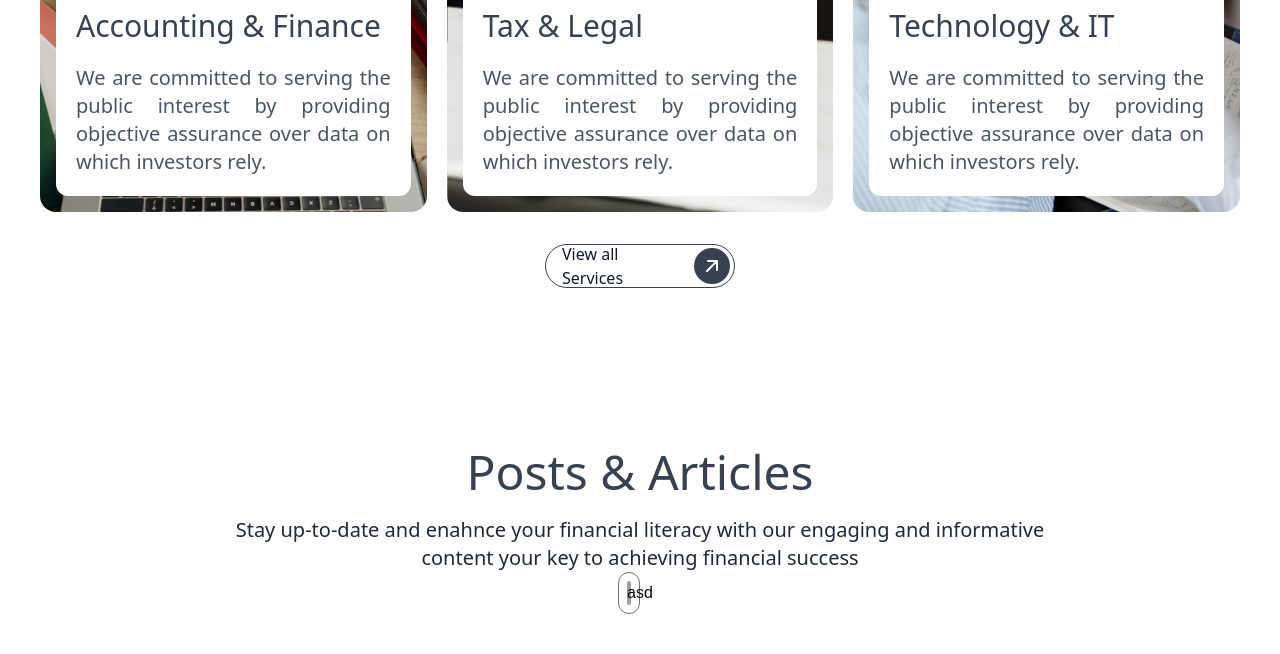
Repository: vespersolutionspk18/integrast-website
Page: /
An editor plug-in stored every save of this project. The page is shown before and after the next save, followed by the edit.
The browser window is 1280 px wide. The pictures show the part of the page from y = 1474 to 2426 px (the page is 2128 px tall before and 2426 px after).
Pictures or frames that could not be fetched are drawn as grey boxes. The project was rebuilt for these pictures with package versions that can differ from the ones it lists, and the page was loaded fresh each time. The framework's server and built-in components were replaced by stand-ins that run in the browser. Also part of the build but not shown: next.config.ts.

Above is the page before, as saved 2024-12-09 16:53:44.

### app/layout.tsx
import type { Metadata } from "next";
import localFont from "next/font/local";
import "./globals.css";

const geistSans = localFont({
  src: "./fonts/GeistVF.woff",
  variable: "--font-geist-sans",
  weight: "100 900",
});
const geistMono = localFont({
  src: "./fonts/GeistMonoVF.woff",
  variable: "--font-geist-mono",
  weight: "100 900",
});

export const metadata: Metadata = {
  title: "Integra Strategy",
  description: "-",
};

export default function RootLayout({
  children,
}: Readonly<{
  children: React.ReactNode;
}>) {
  return (
    <html lang="en">
      <body
        className={`${geistSans.variable} ${geistMono.variable} antialiased`}
      >
        {children}
      </body>
    </html>
  );
}

### app/page.tsx
import Image from "next/image";
import Header from "./Header";
import Hero from "./Hero";
import Services from "./Services";
import Postsart from "./Postsart";

export default function Home() {
  return (
    <div>
      <Header />
      <Hero />
      <Services />
      <Postsart />
    </div>
  );
}

### app/Hero.tsx
import React from 'react'
import ButtonArrowwhite from "@/public/assets/buttonarrowwhite.svg";
import ButtonArrow from "@/public/assets/buttonarrow.svg";
const Hero = () => {
  return (
    <div className="flex flex-col p-10 ">
        <div className="flex flex-row mt-24 h-[190px] gap-5 ">
            <div className="w-[55%] flex flex-col">
                <h1 className="font-light font-sans text-6xl text-gray-600">Unlock Prosperity, <span className="text-gray-800">Choose Expert Guidance</span></h1>
                <h4 className="text-xl font-sans font-light text-gray-900 mt-6">Embark on a transformative journey to financial prosperity with our personalized accountancy services</h4>
            </div>
            <div className="w-[45%] flex flex-col justify-between ">
                <h4 className="text-xl text-justify font-light font-sans text-gray-900">Unlock tailored strategies, benefit from insightful guidances, and follow a clear pathway to achieve your financial success. Elevate your financial journey with our dedicated support and expertise. Contact us today to start your journey towards financial freedom.</h4>
                <div className="flex flex-row gap-5 pt-10">
                <div>
                <div id="button"
  className="group  bg-white h-[44px] flex-row border-[1px] border-gray-700 text-gray-900 text-[16px] py-1 px-1 font-light rounded-full hidden md:flex items-center justify-between w-[170px] transition-width duration-500 ease-in-out  hover:w-[195px] hover:bg-gray-700 hover:border-gray-700 hover:text-white hover:cursor-pointer "

>
  <div className="mx-3 font-sans font-regular">Get In Touch</div>
  <div className="bg-gray-700 rounded-full h-[36px] w-[36px] flex items-center justify-center transition-transform duration-500 ease-in-out group-hover:rotate-45">
    <ButtonArrowwhite className="h-[24px] w-[24px]" />
  </div>
            </div>
                </div>
                <div>
                <div id="button"
  className="group  bg-gray-700 h-[44px] flex-row border-[1px] border-gray-700 text-white text-[16px] py-1 px-1 font-light rounded-full hidden md:flex items-center justify-between w-[170px] transition-width duration-500 ease-in-out  hover:w-[195px] hover:bg-white hover:border-gray-700 hover:text-gray-700 hover:cursor-pointer "

>
  <div className="mx-3 font-sans font-regular">Get a Quote</div>
  <div className="bg-white rounded-full h-[36px] w-[36px] flex items-center justify-center transition-transform duration-500 ease-in-out group-hover:rotate-45 group-hover:border-[1px] group-hover:border-gray-700">
    <ButtonArrow className="h-[24px] w-[24px]" />
  </div>
            </div>
                </div>

                </div>
            </div>
        </div>


        <div className="flex flex-row h-[380px] gap-4 mt-16">
            <div className="w-[70%] transition-all duration-500 ease-in-out hover:w-[90%] rounded-2xl bg-cover bg-center" style={{backgroundImage: `url('/assets/heroimage3.jpg')`}}></div>
            <div className="w-[30%] transition-all duration-500 ease-in-out hover:w-[40%] flex flex-col justify-between ">
                <div className="w-full h-full rounded-2xl bg-cover bg-center" style={{backgroundImage: `url('/assets/heroimage4.jpg')`}}></div>
                <h5 className="font-sans text-gray-900 text-justify text-xl mt-3  font-light">Tailored solutions, expert guidance, and strategic planning to secure your wealth and achieve your financial goals seamlessly</h5>
            </div>
        </div>
    </div>
  )
}

export default Hero

### app/Services.tsx
import React from 'react'
import ButtonArrowwhite from "@/public/assets/buttonarrowwhite.svg";
import ButtonArrow from "@/public/assets/buttonarrow.svg";
const Services = () => {
  return (
    <div className="flex flex-col p-10 mt-16 items-center ">
        <div className="flex flex-row items-start justify-start ">
            <div className="w-1/2 font-sans font-light text-5xl text-gray-700">We collaborate across diverse industry landscapes</div>
            <div className="w-1/2 font-sans text-gray-900 text-justify text-xl  font-light">Our commitment to fostering dynamic collaboration allows to navigate the unique challenges and intricacies of various sectors. Our versatile approach ensures tailored solutions that resonate with the distinct needs of each industry.</div>
        </div>
        <div className="flex flex-row gap-5 mt-16">
            <div className="rounded-2xl w-1/3 h-[540px] bg-cover bg-center flex items-end  " style={{backgroundImage: `url('/assets/audit.jpg')`}}>
            <div className="group">
  <div className="bg-white m-4  rounded-[12px] flex flex-col relative transition-all duration-500 ease-in-out hover:pb-[120px] min-h-[180px]">
    <h5 className="ml-5 mt-5 mr-5 mb-5 font-sans text-3xl text-gray-700 font-light">
      Accounting & Finance
    </h5>
    <p className="ml-5 mr-5 mb-5 text-justify font-sans font-light text-xl text-gray-600">
      We are committed to serving the public interest by providing objective assurance over data on which investors rely.
    </p>
    {/* Hidden div */}
    <div className="absolute bottom-5 left-5 text-xl font-sans font-light  text-gray-600 px-4 py-2 rounded-md opacity-0 invisible transition-all duration-500 group-hover:opacity-100 group-hover:visible hover:text-black hover:cursor-pointer  hover:underline">
      Learn More
    </div>
  </div>
</div>

</div>
            <div className="rounded-2xl w-1/3 h-[540px] bg-cover bg-center flex items-end" style={{backgroundImage: `url('/assets/tax.jpg')`}}>
            <div className="group">
  <div className="bg-white m-4  rounded-[12px] flex flex-col relative transition-all duration-500 ease-in-out hover:pb-[120px] min-h-[180px]">
    <h5 className="ml-5 mt-5 mr-5 mb-5 font-sans text-3xl text-gray-700 font-light">
      Tax & Legal
    </h5>
    <p className="ml-5 mr-5 mb-5 text-justify font-sans font-light text-xl text-gray-600">
      We are committed to serving the public interest by providing objective assurance over data on which investors rely.
    </p>
    {/* Hidden div */}
    <div className="absolute bottom-5 left-5 text-xl font-sans font-light  text-gray-600 px-4 py-2 rounded-md opacity-0 invisible transition-all duration-500 group-hover:opacity-100 group-hover:visible hover:text-black hover:cursor-pointer  hover:underline">
      Learn More
    </div>
  </div>
</div>
</div>
            <div className="rounded-2xl w-1/3 h-[540px] bg-cover bg-center flex items-end" style={{backgroundImage: `url('/assets/tech.jpg')`}}>
            <div className="group">
  <div className="bg-white m-4  rounded-[12px] flex flex-col relative transition-all duration-500 ease-in-out hover:pb-[120px] min-h-[180px]">
    <h5 className="ml-5 mt-5 mr-5 mb-5 font-sans text-3xl text-gray-700 font-light">
      Technology & IT
    </h5>
    <p className="ml-5 mr-5 mb-5 text-justify font-sans font-light text-xl text-gray-600">
      We are committed to serving the public interest by providing objective assurance over data on which investors rely.
    </p>
    {/* Hidden div */}
    <div className="absolute bottom-5 left-5 text-xl font-sans font-light  text-gray-600 px-4 py-2 rounded-md opacity-0 invisible transition-all duration-500 group-hover:opacity-100 group-hover:visible hover:text-black hover:cursor-pointer  hover:underline">
      Learn More
    </div>
  </div>
</div>
</div>
        </div>
        <div className="mt-8">
                <div id="button"
  className="group  bg-white h-[44px] flex-row border-[1px] border-gray-700 text-gray-900 text-[16px] py-1 px-1 font-light rounded-full hidden md:flex items-center justify-between w-[190px] transition-width duration-500 ease-in-out hover:cursor-pointer  hover:w-[215px] hover:bg-gray-700 hover:border-gray-700 hover:text-white "

>
  <div className="mx-3 font-sans font-regular">View all Services</div>
  <div className="bg-gray-700 rounded-full h-[36px] w-[36px] flex items-center justify-center transition-transform duration-500 ease-in-out group-hover:rotate-45">
    <ButtonArrowwhite className="h-[24px] w-[24px]" />
  </div>
            </div>
                </div>
    </div>
  )
}

export default Services

### app/Postsart.tsx
import React from 'react'

const Postsart = () => {
  return (
    <div className="flex flex-col p-10 items-center mt-20">
        <h2 className="text-5xl font-sans text-gray-700 font-light">Posts & Articles</h2>
        <p className="font-sans text-xl text-gray-800 font-light text-center mt-5">Stay up-to-date and enahnce your financial literacy with our engaging and informative<br></br>content your key to achieving financial success</p>
        <div className="flex flex-row gap-5">
            <div className="rounded-2xl w-1/2 border-[1px] p-2 border-gray-500">
            <div className="w-full h-full rounded-[8px] bg-cover bg-center" style={{backgroundImage: `url('/assets/heroimage3.jpg')`}}>asd</div>
            </div>
        </div>
    </div>
  )
}

export default Postsart

Loaded but not shown: app/globals.css (common file); app/Header.tsx (common file); tailwind.config.ts (common file)

After the next save:
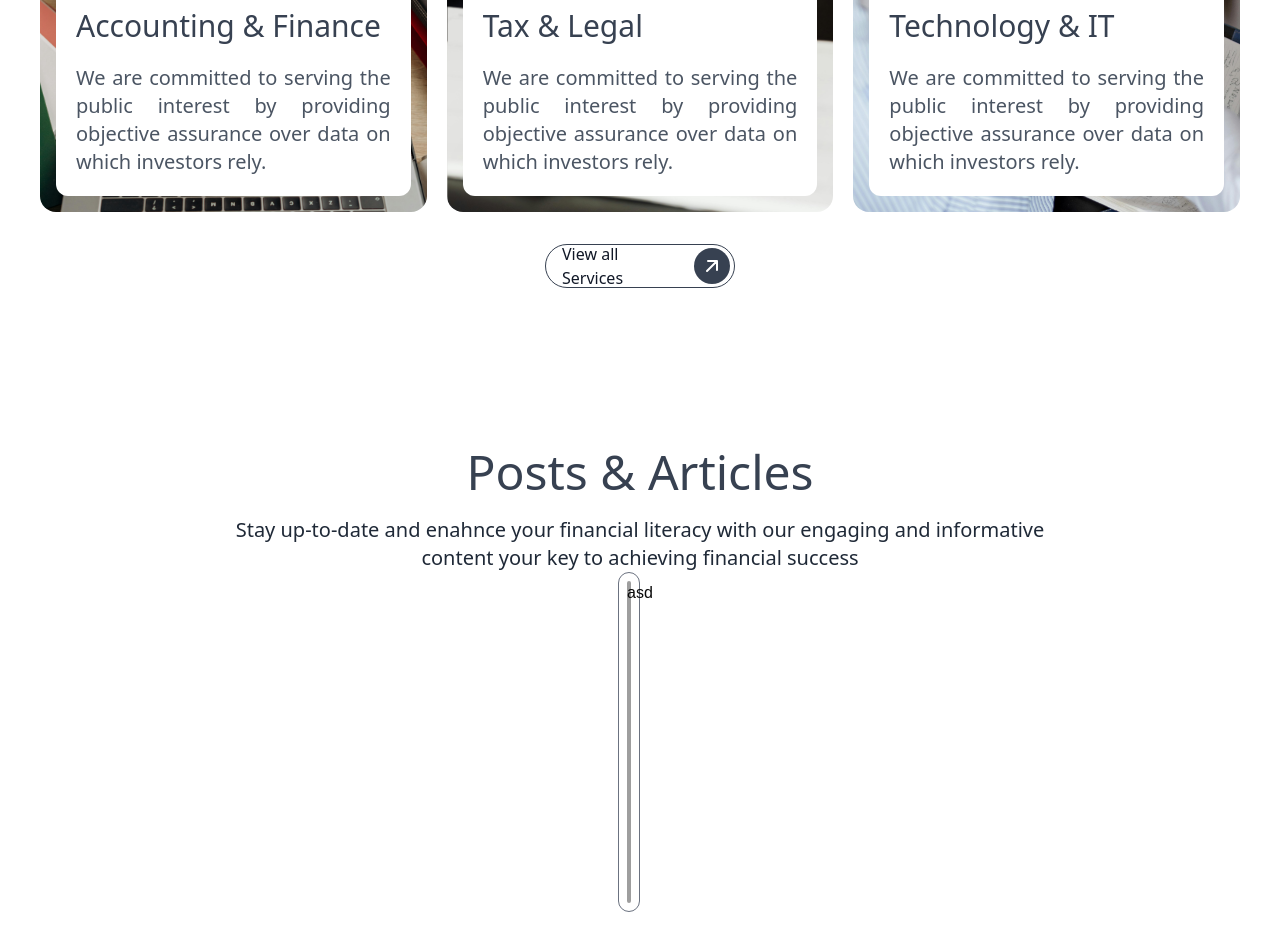
Saved 14 s later.
--- a/app/Postsart.tsx
+++ b/app/Postsart.tsx
@@ -6,7 +6,7 @@ const Postsart = () => {
         <h2 className="text-5xl font-sans text-gray-700 font-light">Posts & Articles</h2>
         <p className="font-sans text-xl text-gray-800 font-light text-center mt-5">Stay up-to-date and enahnce your financial literacy with our engaging and informative<br></br>content your key to achieving financial success</p>
         <div className="flex flex-row gap-5">
-            <div className="rounded-2xl w-1/2 border-[1px] p-2 border-gray-500">
+            <div className="rounded-2xl w-1/2 h-[340px] border-[1px] p-2 border-gray-500">
             <div className="w-full h-full rounded-[8px] bg-cover bg-center" style={{backgroundImage: `url('/assets/heroimage3.jpg')`}}>asd</div>
             </div>
         </div>
